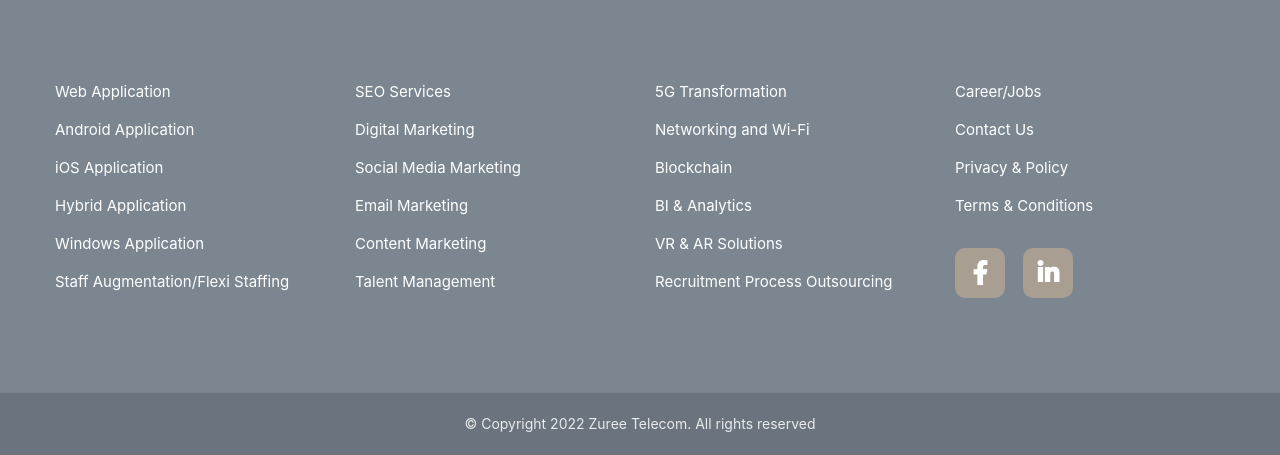
Repository: anamika-webdev/zuree_telecom_react
Page: /about-us
These files come from the project's save history. The page is drawn as it stood at one moment and after the next save; the edit follows.
The browser window is 1280 px wide. The pictures show the part of the page from y = 4817 to 5272 px (the page is 5272 px tall).
The page's requests for data from a server got no answer. Backgrounds fixed to the window are drawn as part of the page. The project was rebuilt for these pictures with package versions that can differ from the ones it lists, and the page was loaded fresh each time. No one was signed in, and anything a server would have sent is missing. Also part of the build but not shown: vite.config.js, src/assets/css/admin-layout.css, src/components/layout/AdminLayout.jsx, src/components/PrivateRoute.jsx, src/assets/css/admin-login.css, src/pages/AdminLogin.jsx, src/pages/Home.jsx, src/pages/Services.jsx and 35 more.

Above is the page before, as saved 2025-11-05 21:28:28.

After the next save:
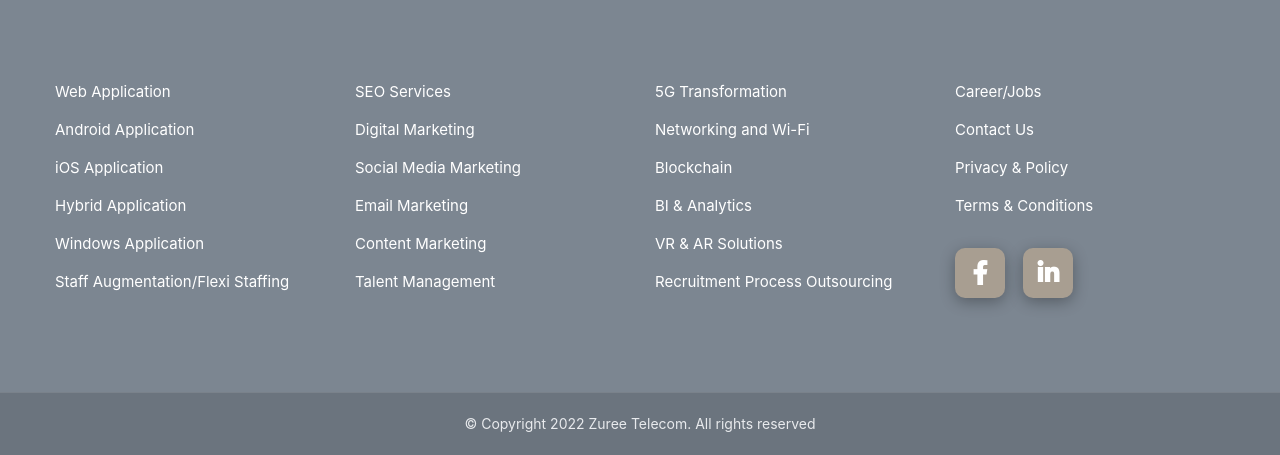
Saved 29 s later.
--- a/src/assets/css/complete-beige-theme.css
+++ b/src/assets/css/complete-beige-theme.css
@@ -660,30 +660,7 @@ html body .social-link {
   background: linear-gradient(135deg, #1e3a5f 0%, #2c5282 100%) !important;
 }
 
-/* ========================================
-   FINAL CATCH-ALL
-   ======================================== */
-
-body .footer-social-icons a,
-body .site-footer .footer-social-icons a,
-body footer .footer-social-icons a,
-.footer-links-section .footer-social-icons a {
-  background-color: transparent !important;
-  background: none !important;
-  background-image: none !important;
-  border: none !important;
-  box-shadow: none !important;
-}
-
-body .footer-social-icons a:hover,
-body .site-footer .footer-social-icons a:hover,
-body footer .footer-social-icons a:hover,
-.footer-links-section .footer-social-icons a:hover {
-  background-color: transparent !important;
-  background: none !important;
-  background-image: none !important;
-  box-shadow: none !important;
-}
+
 /* 13. Footer Styles
 --------------------------------------------------------------*/
 .site-footer {
